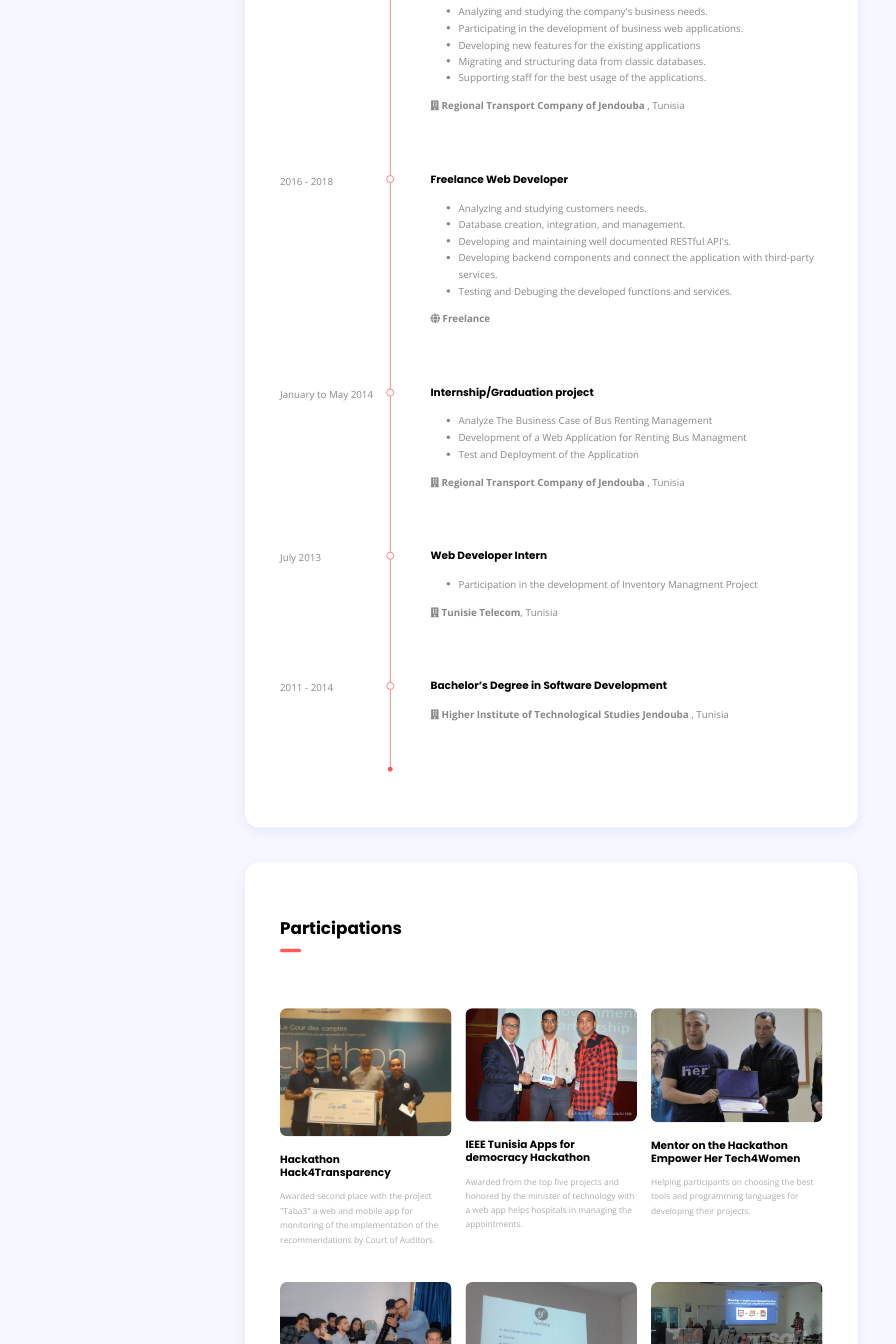
Repository: Adib128/Adib128.github.io
Page: index.html
These files come from the project's save history. The page is drawn as it stood at one moment and after the next save; the edit follows.
The browser window is 1280 px wide. The pictures show the part of the page from y = 2655 to 4575 px (the page is 5582 px tall before and 5862 px after), at 70% of full size.

Above is the page before, as saved 2021-10-21 17:30:10.

After the next save:
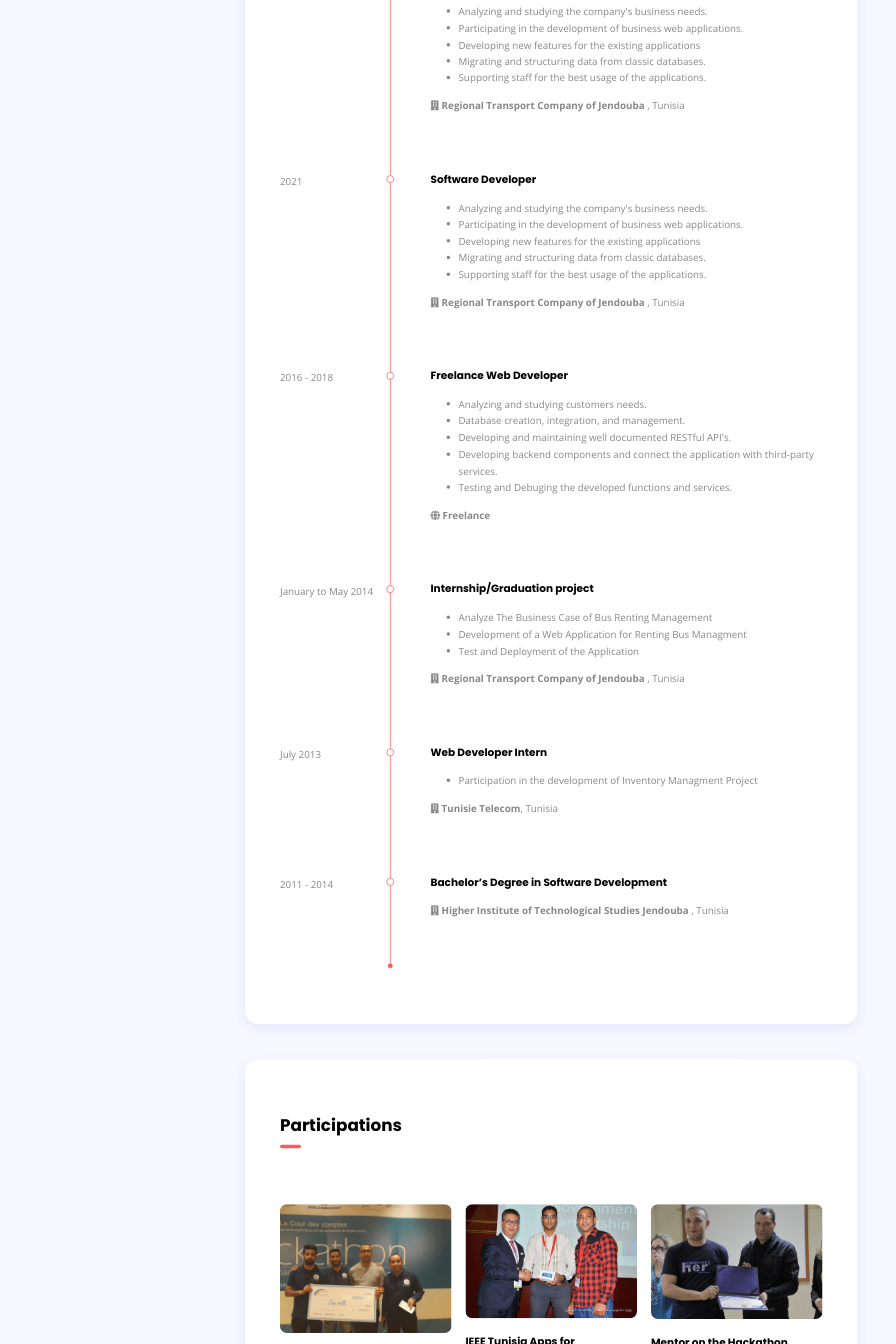
Saved 54 s later.
--- a/index.html
+++ b/index.html
@@ -320,6 +320,23 @@
 					</div>
 					<div class="entry">
 						<div class="title">
+							<span>2021</span>
+						</div>
+						<div class="body">
+							<h4 class="mt-0">Software Developer</h4>
+							<ul>
+								<li> Analyzing and studying the company's business needs. </li>
+								<li> Participating in the development of business web applications.</li>
+								<li> Developing new features for the existing applications</li>
+								<li> Migrating and structuring data from classic databases.</li>
+								<li> Supporting staff for the best usage of the applications.</li>
+							</ul>
+							<p> <i class="fa fa-building"></i><b> Regional Transport Company of Jendouba</b> , Tunisia
+							</p>
+						</div>
+					</div>
+					<div class="entry">
+						<div class="title">
 							<span>2016 - 2018</span>
 						</div>
 						<div class="body">
